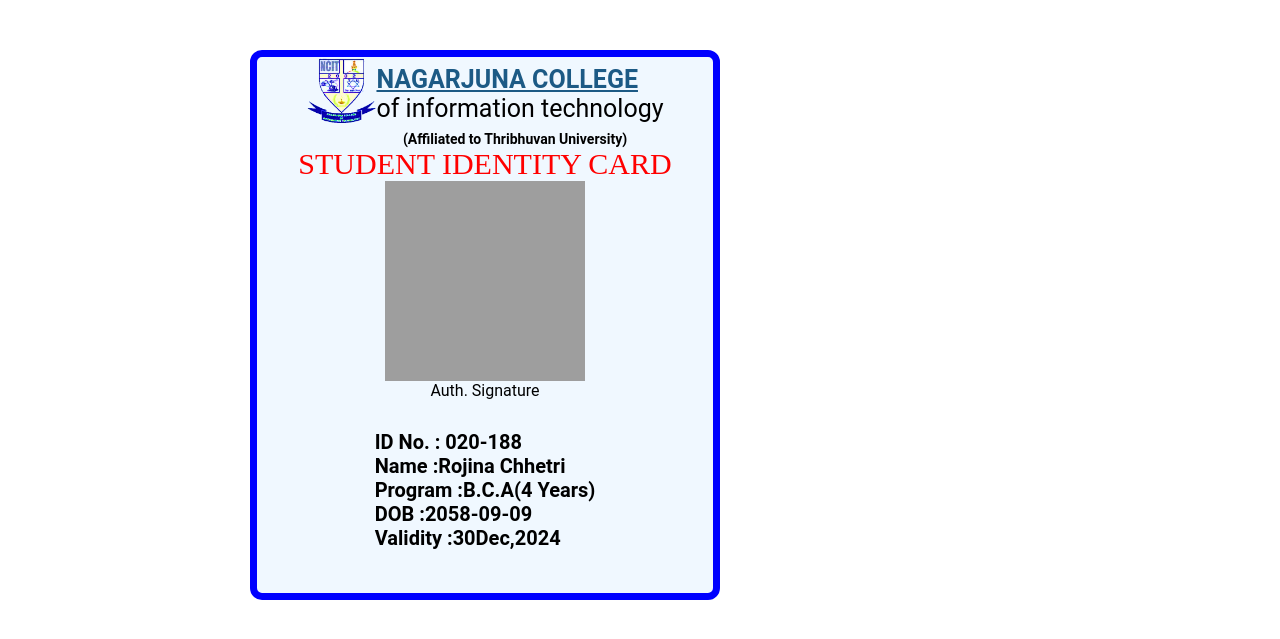
Repository: Rojinachhetri/roji
Page: rojina.html
The author's editor kept a copy of each file at every save. The page is drawn from the files as they stood at one save, then again after the next save.
The browser window is 1280 px wide. The pictures show the whole page.
Pictures or frames that could not be fetched are drawn as grey boxes.

Above is the page before, as saved 2023-04-24 22:46:09.

### rojina.html
<!DOCTYPE html>
<html lang="en">

<head>
    <meta charset="UTF-8">
    <meta http-equiv="X-UA-Compatible" content="IE=edge">
    <meta name="viewport" content="width=device-width, initial-scale=1.0">
    <title>Nagrajuna college</title>
    <link rel="stylesheet" href="rojina.css">
</head>

<body>
    <div class="container">
        <div class="hero">
            <div class="logo">
                <img src="logo1.png" alt="logo" height="70px" width="70px">

            </div>
            <div class="container_text">
                <div class="name">NAGARJUNA COLLEGE</div>
                <div class="class1">of information technology</div>
            </div>
        </div>
        <div class="header">(Affiliated to Thribhuvan University)
        </div>
        <div class="student">STUDENT IDENTITY CARD</div>
        <div class="hero1">
            <img src="./rojinaa.jpg" alt="picture" height="200px" width="200px">
            <div>Auth. Signature</div>
        </div>
        <div class="id">
            <div>ID No. : 020-188</div>
            <div>Name :Rojina Chhetri</div>
            <div>Program :B.C.A(4 Years)</div>
            <div>DOB :2058-09-09</div>
            <div>Validity :30Dec,2024</div>
        </div>

    </div>


</body>

</html>

### rojina.css
    * {
        box-sizing: border-box;
        padding: 0px;
        margin: 0px;
        font-family: RobotO, sans-serif
    }

    .container {
        width: 470px;
        height: 550px;
        background-color: aliceblue;
        border: 7px solid blue;
        display: flex;
        flex-direction: column;
        align-items: center;
        margin: 50px 150px 50px 250px;
        padding: 0px 10px 10px 10px;
        border-radius: 12px 12px 12px 12px;
    }

    .hero {
        display: flex;
        flex-direction: row;
        align-items: center;
    }

    .container_text {
        font-size: 25px;
    }

    .container_text .name {
        text-decoration: underline;
        color: #1c5a85;
        font-weight: bolder;
    }

    .header {
        font-size: 14px;
        font-weight: bold;
        margin-left: 60px;
    }

    .hero1 {
        display: flex;
        flex-direction: column;
        align-items: center;
    }

    .student {
        font-size: 30px;
        font-weight: 500;
        font-family: 'Times New Roman', Times, serif;
        color: red;
    }

    .id {
        font-size: 20px;
        margin-top: 30px;
        font-weight: bold;
    }

After the next save:
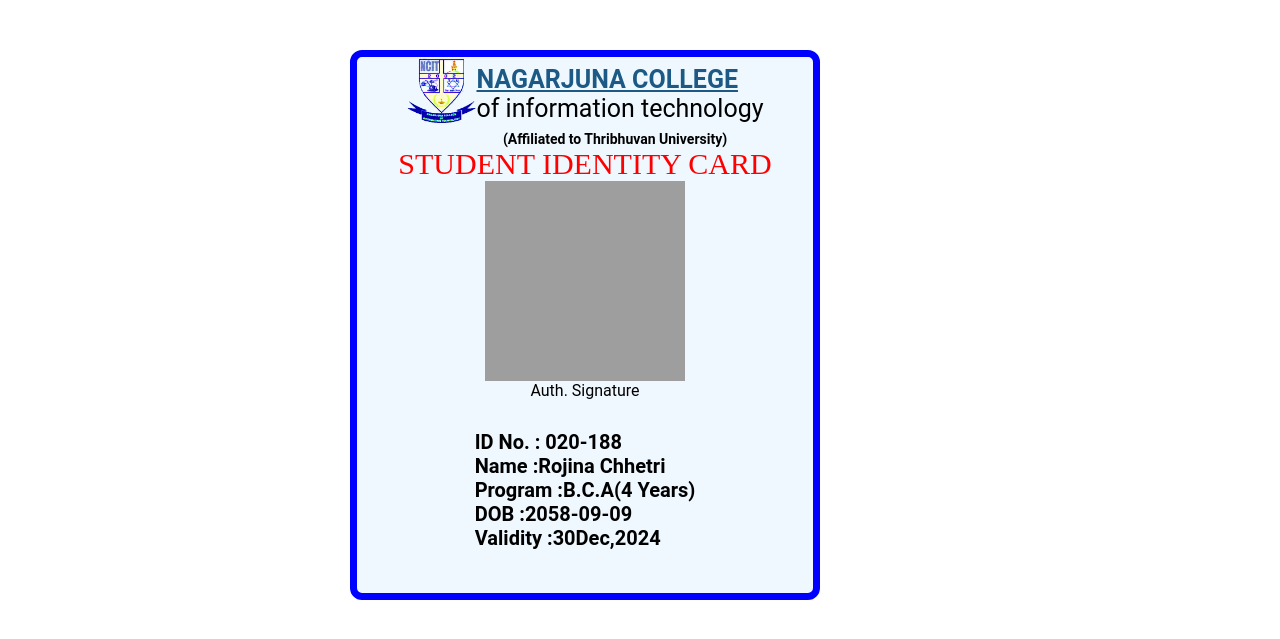
Saved 9 s later.
--- a/rojina.css
+++ b/rojina.css
@@ -13,7 +13,7 @@
         display: flex;
         flex-direction: column;
         align-items: center;
-        margin: 50px 150px 50px 250px;
+        margin: 50px 150px 50px 350px;
         padding: 0px 10px 10px 10px;
         border-radius: 12px 12px 12px 12px;
     }
